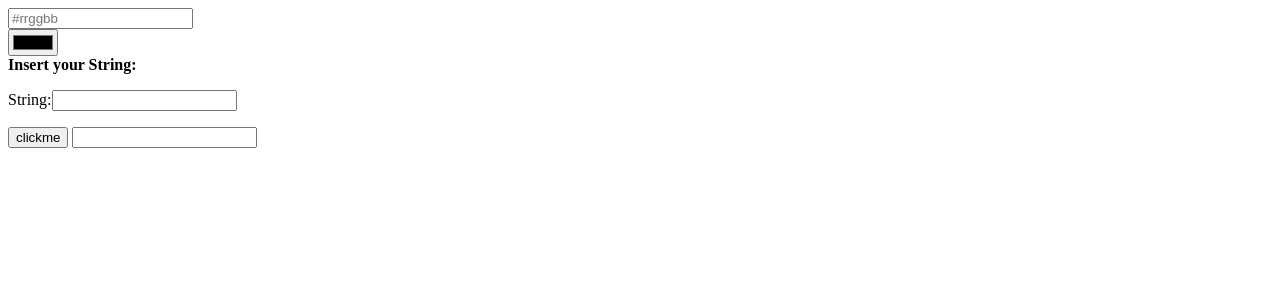
Repository: Micheal11/ReverseStringAssignment
Page: src/MyWidget/widget/template/MyWidget.html
The author's editor kept a copy of each file at every save. The page is drawn from the files as they stood at one save, then again after the next save.
The browser window is 1280 px wide. The pictures show the whole page.

Above is the page before, as saved 2017-07-14 11:03:39.

### src/MyWidget/widget/template/MyWidget.html
<div class="widgetname">
    <form>
        <div class="input-group" data-dojo-attach-point="inputNodes">
            <input type="text" class="form-control" placeholder="#rrggbb" data-dojo-attach-point="colorInputNode">
            <div class="input-group-addon"><input type="color" data-dojo-attach-point="colorSelectNode"></div>
        </div>
          <div>
                <b>Insert your String:</b>
                <p>String:<input type="text"  name="myString" id="myString"></p>
                <button type="button" data-dojo-attach-event = "onClick: reversedString">clickme</button>
                <input type="text" data-dojo-attach-point="ss">
            </div>
    </form>

    <div class="widgetname-infoTextNode" data-dojo-attach-point="infoTextNode" />
</div>

After the next save:
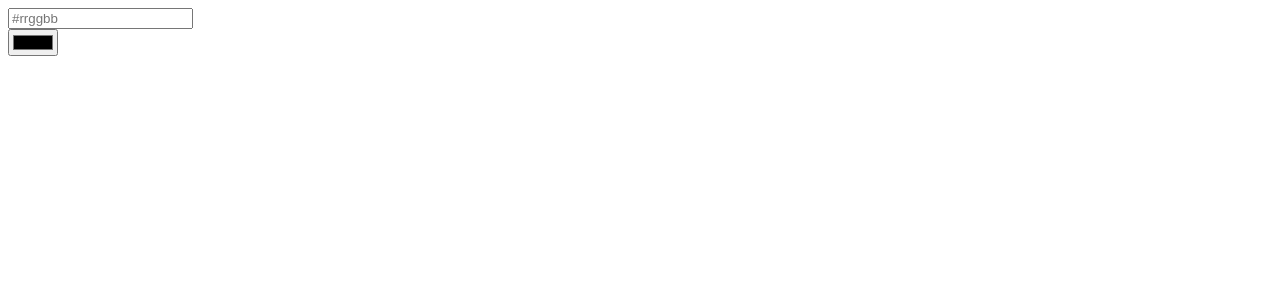
Saved 4 s later.
--- a/src/MyWidget/widget/template/MyWidget.html
+++ b/src/MyWidget/widget/template/MyWidget.html
@@ -4,13 +4,6 @@
             <input type="text" class="form-control" placeholder="#rrggbb" data-dojo-attach-point="colorInputNode">
             <div class="input-group-addon"><input type="color" data-dojo-attach-point="colorSelectNode"></div>
         </div>
-          <div>
-                <b>Insert your String:</b>
-                <p>String:<input type="text"  name="myString" id="myString"></p>
-                <button type="button" data-dojo-attach-event = "onClick: reversedString">clickme</button>
-                <input type="text" data-dojo-attach-point="ss">
-            </div>
     </form>
-
     <div class="widgetname-infoTextNode" data-dojo-attach-point="infoTextNode" />
 </div>
